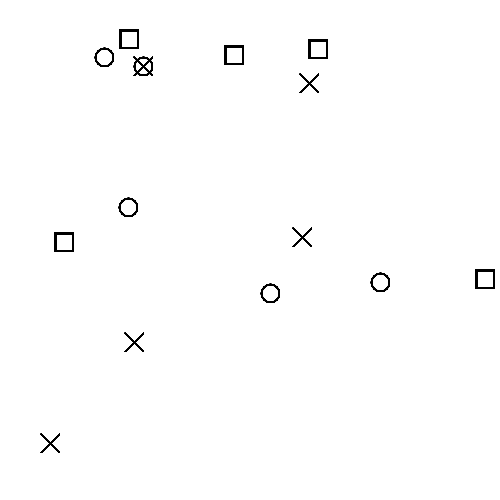
Repository: benceluzsinszky/rock-paper-scissors-simulation-pygame
Script's output: python main.py
The author's editor kept a copy of each file at every save. The script's output is drawn from the files as they stood at one save, then again after the next save.
The window is shown after at most 60 frames with no key pressed. Random numbers start from a fixed seed. It also reads sprites/paper.png, sprites/rock.png, sprites/scissors.png.

Above is the script's output before, as saved 2023-04-24 19:48:17.

### main.py
import pygame
import sys
import random

from sprites import Sprite


class Game():
    """
    This class initializes the Pygame module and creates the game screen.
    """

    def __init__(self) -> None:
        """
        Initializes Pygame module and creates game screen.
        """
        pygame.init()

        self.clock = pygame.time.Clock()

        pygame.display.set_caption("Rock Paper Scissors")

        self.screen = pygame.display.set_mode((500, 500))

        self.rocks = pygame.sprite.Group()
        self.papers = pygame.sprite.Group()
        self.scissors = pygame.sprite.Group()

        self.sprite_groups = [self.rocks, self.papers, self.scissors]

        self.create_sprites("rock", self.rocks)
        self.create_sprites("paper", self.papers)
        self.create_sprites("scissors", self.scissors)

    def run_game(self):
        """
        Starts the game loop that continues until the user exits the game.
        """
        while True:
            self.check_events()
            self.update_screen()
            self.clock.tick(60)

    def update_screen(self):
        """
        Updates the game screen with new information.
        """
        self.screen.fill((255, 255, 255))

        for rock in self.rocks:
            rock.get_info(self.scissors, self.papers)
            rock.eat()

        for group in self.sprite_groups:
            for sprite in group:
                sprite.blit_sprite()

        pygame.display.flip()

    def check_events(self):
        """
        Checks for user input events such as key presses or window close events.
        """
        for event in pygame.event.get():
            if event.type == pygame.QUIT:
                pygame.quit()
                sys.exit()
            elif event.type == pygame.KEYDOWN:
                if event.key == pygame.K_ESCAPE:
                    self.running = False

    def create_sprites(self, type, group):
        for _ in range(5):
            random_x = random.randint(10, 490)
            random_y = random.randint(10, 490)
            sprite = Sprite(self, type, (random_x, random_y))
            group.add(sprite)


if __name__ == "__main__":
    game = Game()
    game.run_game()

### sprites.py
import pygame
import math

from pygame.sprite import Sprite


class Sprite(Sprite):
    """
    Class that creats a Rock/Papaer/Scissor character.
    """
    def __init__(self, game, character=str, location=tuple) -> None:
        super().__init__()
        self.screen = game.screen
        self.image = pygame.image.load(f"sprites/{character}.png")
        self.image = pygame.transform.scale(self.image, (20, 20))
        self.image.set_colorkey((255, 255, 255))
        self.rect = self.image.get_rect()
        self.rect.x = location[0]
        self.rect.y = location[1]
        self.closest_food = None
        self.closest_food_distance = float("inf")
        self.closest_enemy = None
        self.closest_enemy_distance = float("inf")

    def blit_sprite(self):
        self.screen.blit(self.image, self.rect)

    def get_info(self, food, enemy):
        self.get_food_info(food)
        self.get_enemy_info(enemy)

    def get_food_info(self, food):
        for sprite in food:
            distance = math.sqrt((
                sprite.rect[0] - self.rect[1])**2 + (sprite.rect[1] - self.rect[1])**2)
            if distance < self.closest_food_distance:
                self.closest_food_distance = distance
                self.closest_food = sprite

    def get_enemy_info(self, enemy):
        for sprite in enemy:
            distance = math.sqrt((
                sprite.rect[0] - self.rect[1])**2 + (sprite.rect[1] - self.rect[1])**2)
            if distance < self.closest_enemy_distance:
                self.closest_enemy_distance = distance
                self.closest_enemy = sprite

    def eat(self):
        direction = pygame.math.Vector2(self.closest_food.rect.center) - pygame.math.Vector2(self.rect.center)
        try:
            direction.normalize_ip()
        except ValueError:
            pass
        self.rect.move_ip(direction * 2)

    def run(self):
        # if self.closest_enemy_distance < se
        direction = pygame.math.Vector2(self.closest_enemy.rect.center) - pygame.math.Vector2(self.rect.center)
        try:
            direction.normalize_ip()
        except ValueError:
            pass
        self.rect.move_ip(direction * 2)

After the next save:
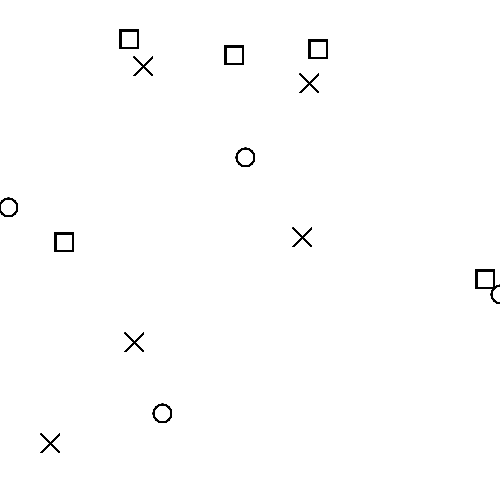
Saved 13 s later.
--- a/sprites.py
+++ b/sprites.py
@@ -51,7 +51,7 @@
             direction.normalize_ip()
         except ValueError:
             pass
-        self.rect.move_ip(direction * 2)
+        self.rect.move_ip(direction * -2)
 
     def run(self):
         # if self.closest_enemy_distance < se

After the 2 saves that followed:
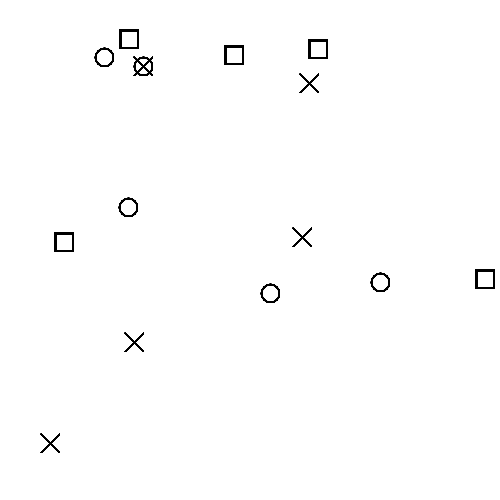
The 2 saves are shown as one change because they came seconds apart.
The last was saved 19 s later.
--- a/sprites.py
+++ b/sprites.py
@@ -51,7 +51,7 @@
             direction.normalize_ip()
         except ValueError:
             pass
-        self.rect.move_ip(direction * -2)
+        self.rect.move_ip(direction * 2)
 
     def run(self):
         # if self.closest_enemy_distance < se
@@ -60,4 +60,4 @@
             direction.normalize_ip()
         except ValueError:
             pass
-        self.rect.move_ip(direction * 2)
+        self.rect.move_ip(direction * -2)
